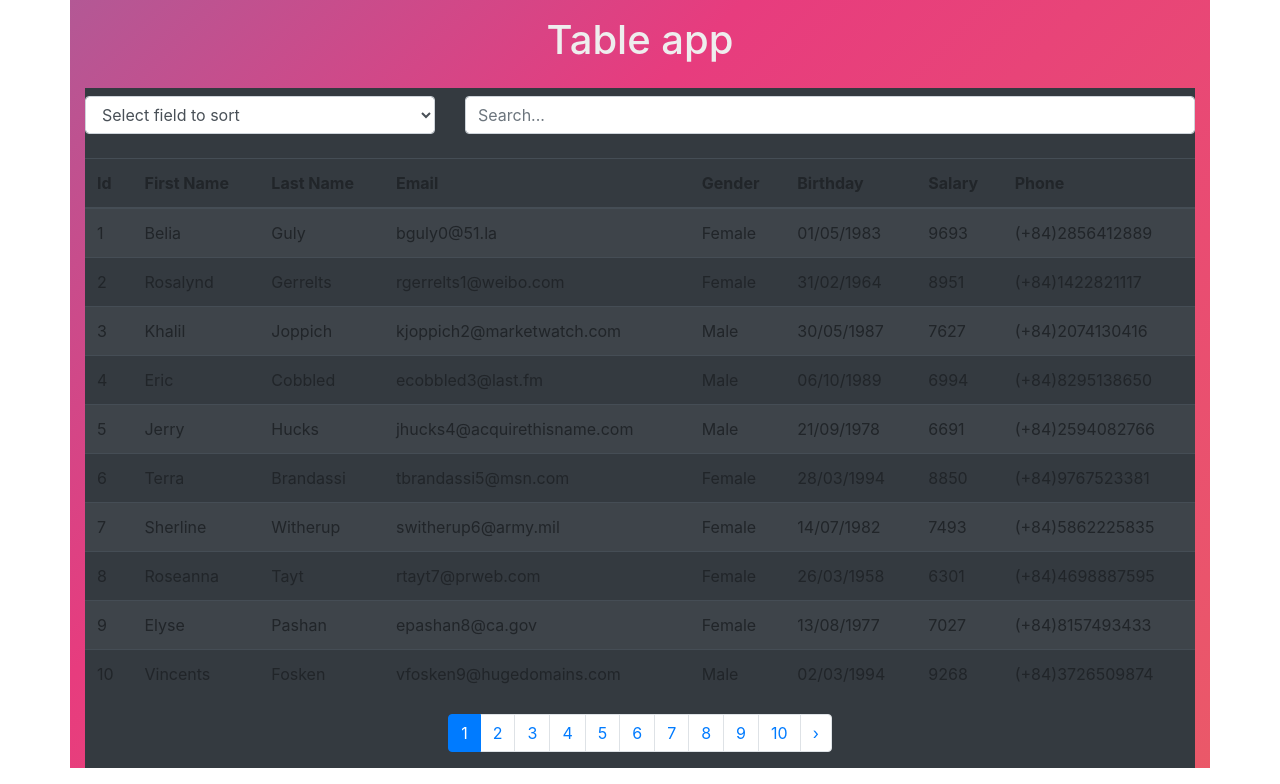
Repository: nguy3nds/table-app
Page: /
An editor plug-in stored every save of this project. The page is shown before and after the next save, followed by the edit.
The browser window is 1280 px wide. The pictures show the whole page.
The project was rebuilt for these pictures with package versions that can differ from the ones it lists, and the page was loaded fresh each time.

Above is the page before, as saved 2021-09-21 15:34:53.

After the next save:
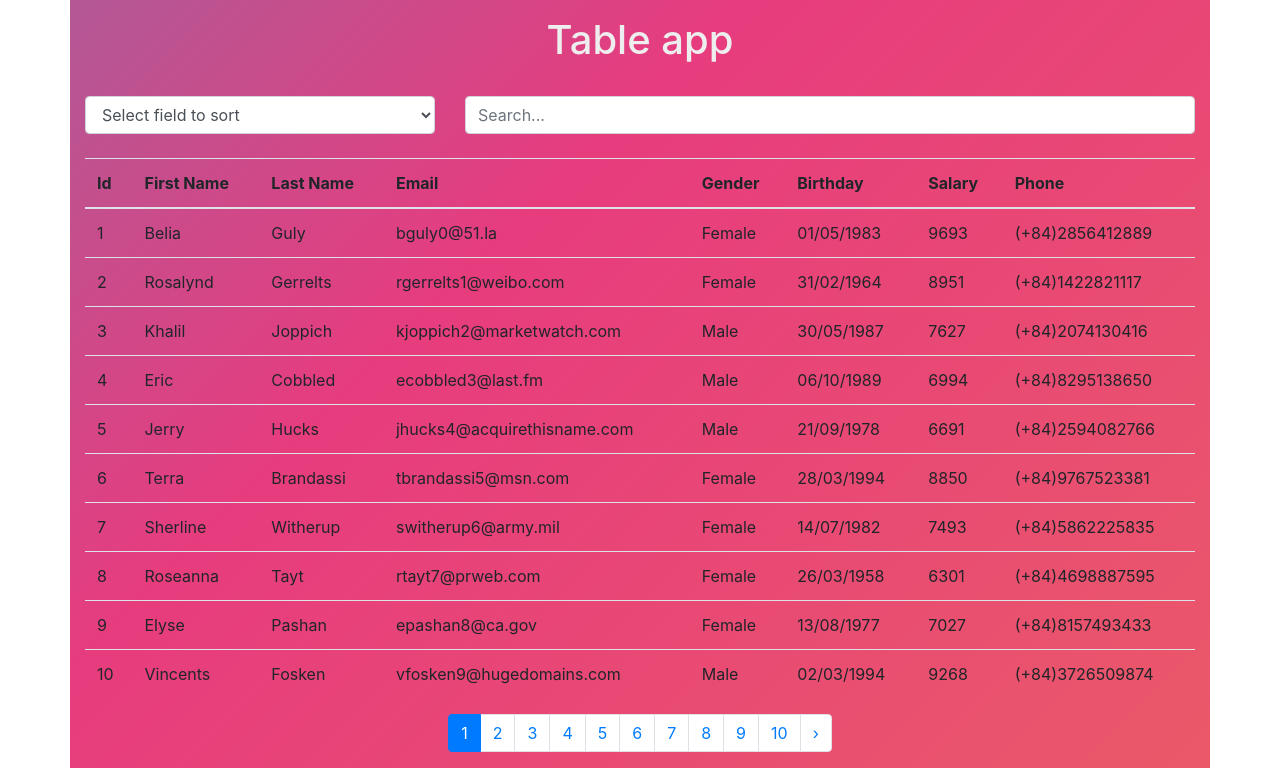
Saved 8 s later.
--- a/src/App.tsx
+++ b/src/App.tsx
@@ -76,7 +76,7 @@ const App: React.FC = () => {
     <div className="App">
       <Container className={styles.tableModify}>
         <h1 className="text-center p-3">Table app</h1>
-        <Table className="table-striped table-dark">
+        <Table>
           <Row className="my-2">
             <Col md="4">
               <SelectionBox handleSelection={onSort} />
